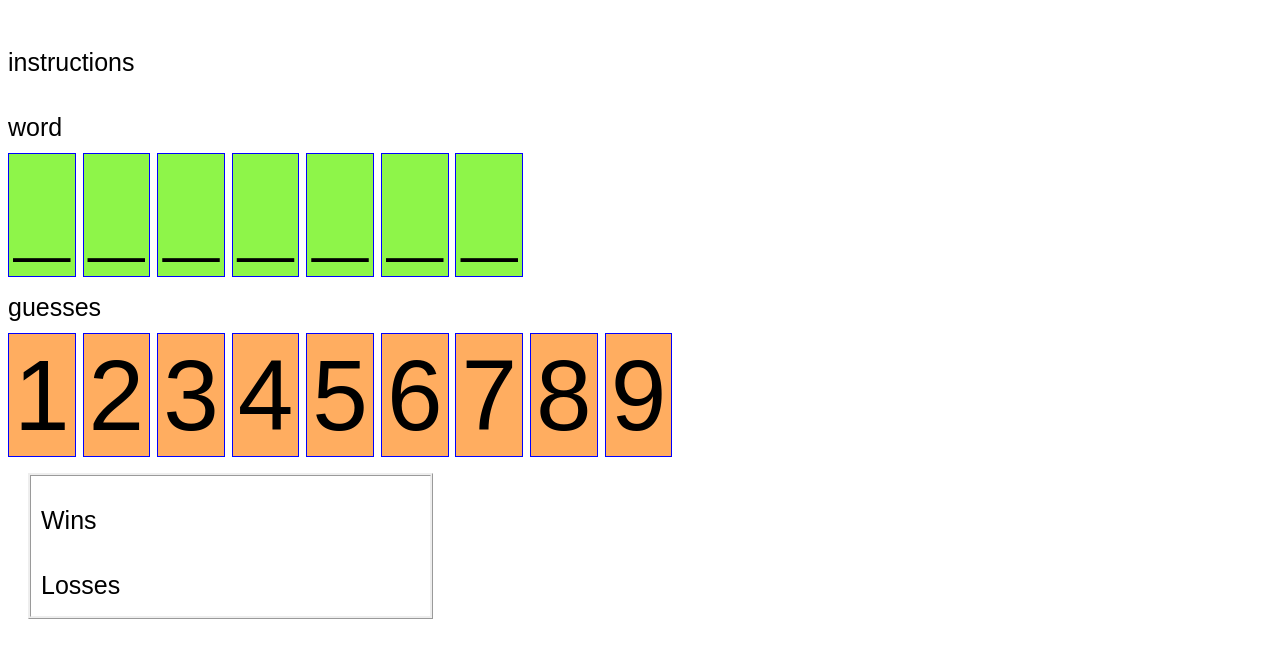
Repository: dsaftler/JavaScript
Page: index.html
The author's editor kept a copy of each file at every save. The page is drawn from the files as they stood at one save, then again after the next save.
The browser window is 1280 px wide. The pictures show the whole page.

Above is the page before, as saved 2019-03-28 17:28:42.

### index.html
<!DOCTYPE html>
<html lang="en">
<head>
  <meta charset="UTF-8">
  <meta name="viewport" content="width=device-width, initial-scale=1.0">
  <meta http-equiv="X-UA-Compatible" content="ie=edge">
  <link href="https://fonts.googleapis.com/css?family=Ubuntu+Mono" rel="stylesheet">
  <link rel="stylesheet" href="assets\css\style.css">
  <title>JavaScript Hangman Game</title>
</head>
<body>
    <div class="container showtext">
        <div class="instructions showtext">instructions</div>
        <div class="word showtext">word</div>
         <div class="letter match" id="chr_0">_</div>
         <div class="letter match" id="chr_1">_</div>
         <div class="letter match" id="chr_2">_</div>
         <div class="letter match" id="chr_3">_</div>
         <div class="letter match" id="chr_4">_</div>
         <div class="letter match" id="chr_5">_</div>
         <div class="letter match" id="chr_6">_</div>


        <div class="guesses showtext">guesses</div>

        <div class="letter guessed" id="guess_0">1</div>
        <div class="letter guessed" id="guess_1">2</div>
        <div class="letter guessed" id="guess_2">3</div>
        <div class="letter guessed" id="guess_3">4</div>
        <div class="letter guessed" id="guess_4">5</div>
        <div class="letter guessed" id="guess_5">6</div>
        <div class="letter guessed" id="guess_6">7</div>
        <div class="letter guessed" id="guess_7">8</div>
        <div class="letter guessed" id="guess_8">9</div>


      <div class="score">
      <div class="showtext" id="showWins">Wins</div>
      <div class="showtext" id="showLosses">Losses</div>
      </div>
      </div>



<script type="text/javascript" src="assets/javascript/game.js"></script>
</body>
</html>

### assets/css/style.css
body {font-family: 'Ubuntu', sans-serif;}
.showtext {height:35px;
padding: 20px 0 10px;
font-size: 25px;}
.letter {font-size: 100px;
  display: inline;
  padding: 5px;}
.match {
  font-weight:bold;
  border: 1px solid blue;
  background-color: rgb(142, 245, 73)}
.guessed {
  font-weight:normal;
  border: 1px solid blue;
  background-color: rgb(255, 173, 96)}
.score{
  margin-top: 20px;
  margin-left: 20px;
  padding:10px;
  height:120px;
  width: 30%;
  border-style: ridge}

### assets/javascript/game.js
// Variables
var  wordArr = ["unicorn","griffin","dragon","mermaid","centaur","pegasus"];
// for (var i=0; i<wordArr.length; i++){
//   console.log(wordArr[i]);
// }
var id="cntWins";
var id="curCntGuess";
var id="ltr_0"
 id="ltr_1",
 id="ltr_2",
 id="ltr_3",
 id="ltr_4",
 id="ltr_5",
 id="ltr_6";

 var id="ltrTried_0"
 id="ltrTried_1",
 id="ltrTried_2",
 id="ltrTried_3",
 id="ltrTried_4",
 id="ltrTried_5",
 id="ltrTried_6",
 id="ltrTried_7",
 id="ltrTried_8",
 id="ltrTried_9" ;
var  cntWins=0;

// within the game
// while wordArr.length>0
 var curPtr=0, curCntGuess = 0;
 var curLetter="",curWord="";
// curPtr= .... select a random word
//curWordArr = array the word at that index
for (var i=0; i<curWord.length; i++){
  // console.log(thisWord.charAt([i]));
  //fruits.push("Kiwi")
  curWordArr.push(curWord.charAt([i]));
}
// intialize badGuess as empy array
var badGuess = [], curWordArr=[];
// whil curCntGuess < 10
 // get a keypress to curLetter
 // if escape, exit

 // increment curCntGuess
 curCntGuess++
//See if that letter was already chosen by parsing badGuess
for (var j=0; j<badGuess.length; j++);
  // alert?  maybe make that letter change color?
//  else

    // for every letter in curWord, see if that letter exists at that index  charAt(index)
    // if so, pop that into correct index in curWordArr
    // for (var i=0; i<curWordArr.length; i++){
    // if index [i]is is blank
      //curWordArr[i]=curLetter
      //set getElementId for that index (see if I can create a variable "ltr_"+(toString([i]))
      // now compare the word in curWordArr with curWord
      // ===
      // Alert :You Won
      // show image
      // id="cntWins"
      // remove that word from the array wordARR

    //else
       // restart the game

 // else
    // pop that letter into the badGuess array
    // push content for ltrTried ids

After the next save:
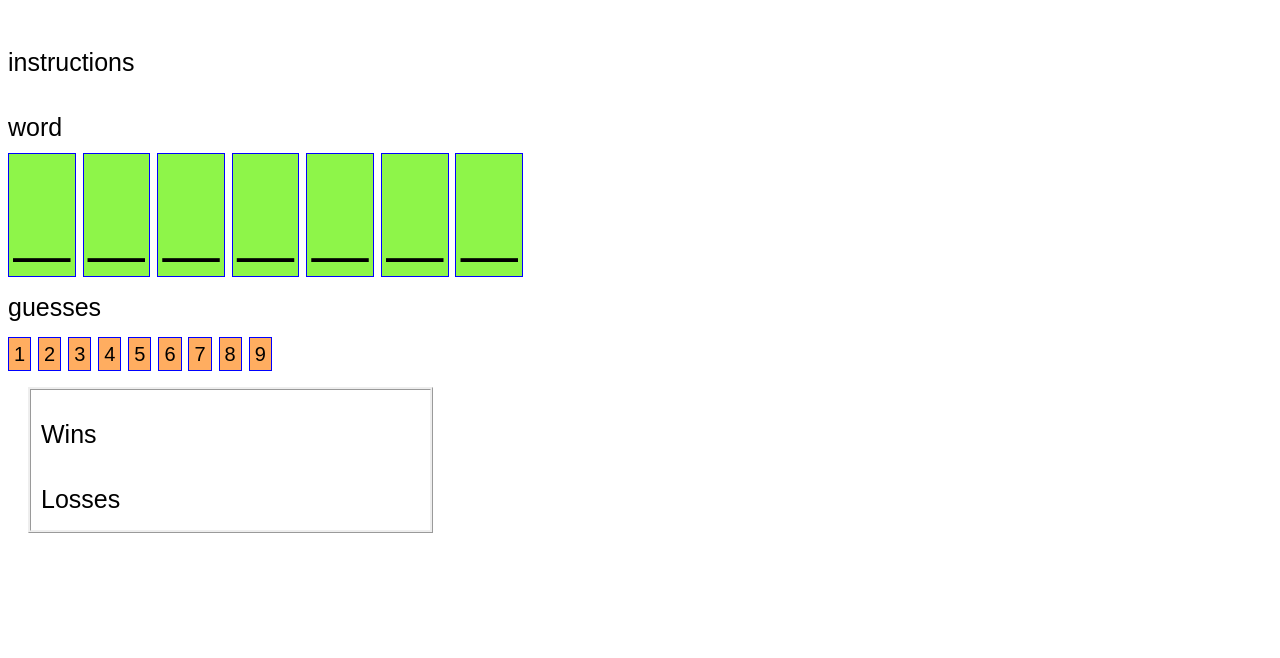
Saved 2 min 6 s later.
--- a/assets/css/style.css
+++ b/assets/css/style.css
@@ -10,7 +10,7 @@ font-size: 25px;}
   border: 1px solid blue;
   background-color: rgb(142, 245, 73)}
 .guessed {
-  font-weight:normal;
+  font-size:80%;
   border: 1px solid blue;
   background-color: rgb(255, 173, 96)}
 .score{
